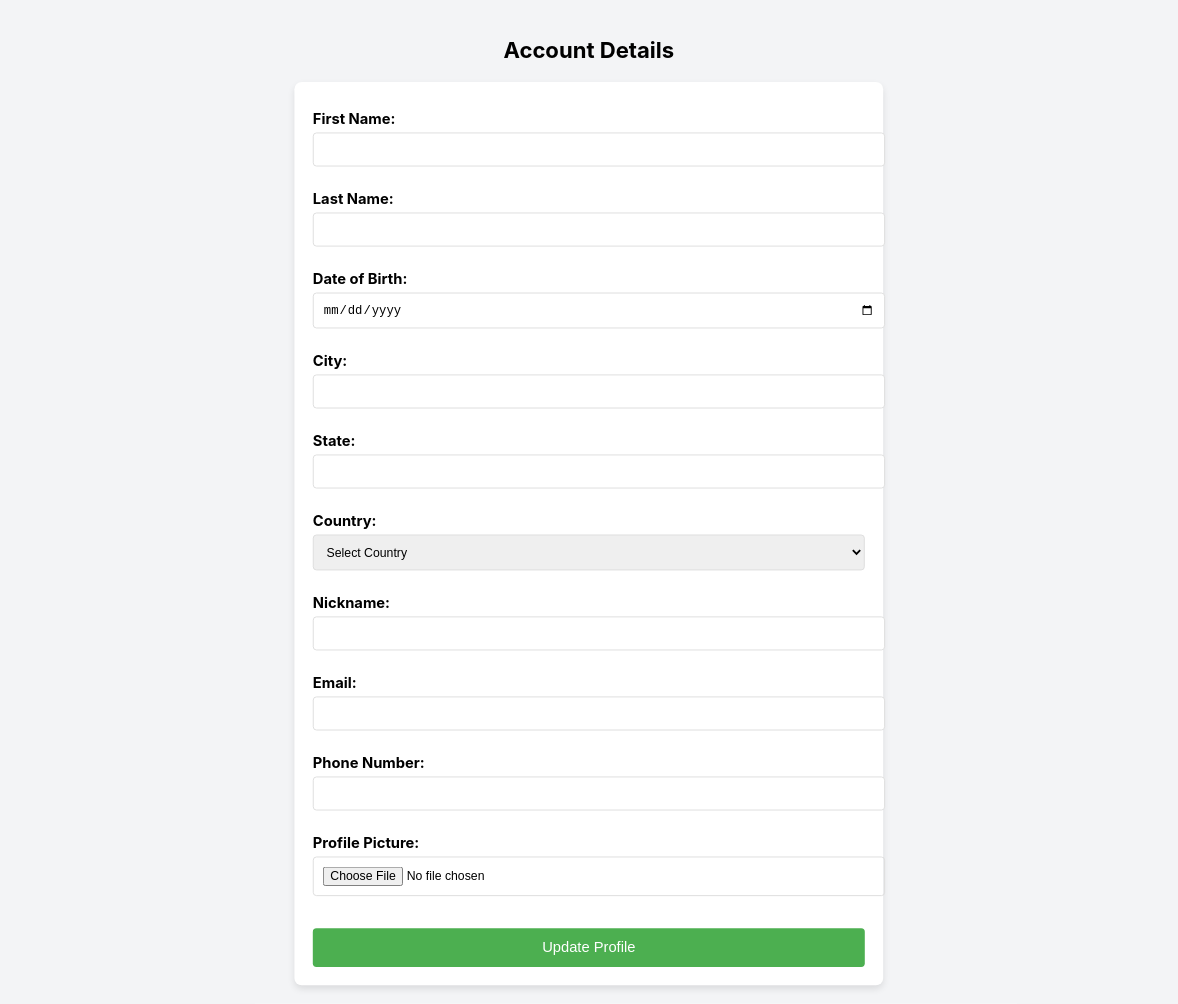
Repository: hamsaram14/dummy4
Page: /profile (app in frontend1/)
An editor plug-in stored every save of this project. The page is shown before and after a run of saves, followed by the edit.
The browser window is 1280 px wide. The pictures show the whole page, at 92% of full size.
The page's requests for data from a server got no answer. The project was rebuilt for these pictures with package versions that can differ from the ones it lists, and the page was loaded fresh each time. No one was signed in, and anything a server would have sent is missing.

Above is the page before, as saved 2024-10-11 22:40:11.

After the next 2 saves:
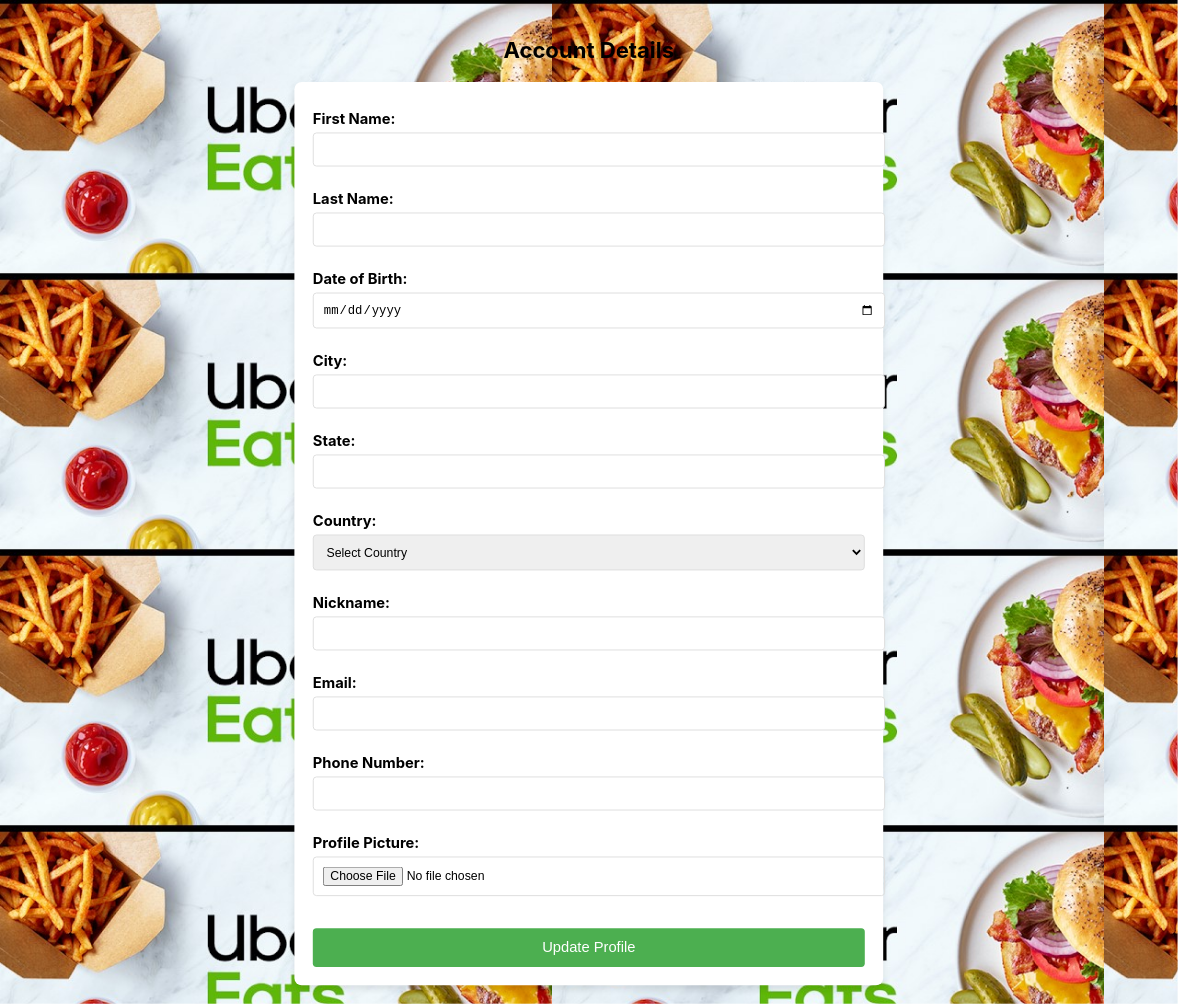
The 2 saves are shown as one change because they came seconds apart.
The last was saved 23 s later.
--- a/frontend1/src/components/ProfilePage.css
+++ b/frontend1/src/components/ProfilePage.css
@@ -7,7 +7,7 @@
     min-height: 100vh;
     background-color: #f3f4f6;
     padding: 20px;
-    background-image: ;
+    background-image: url('http://localhost:3000/mainpage1.jpg');
 }
 
 .profile-page h2 {
